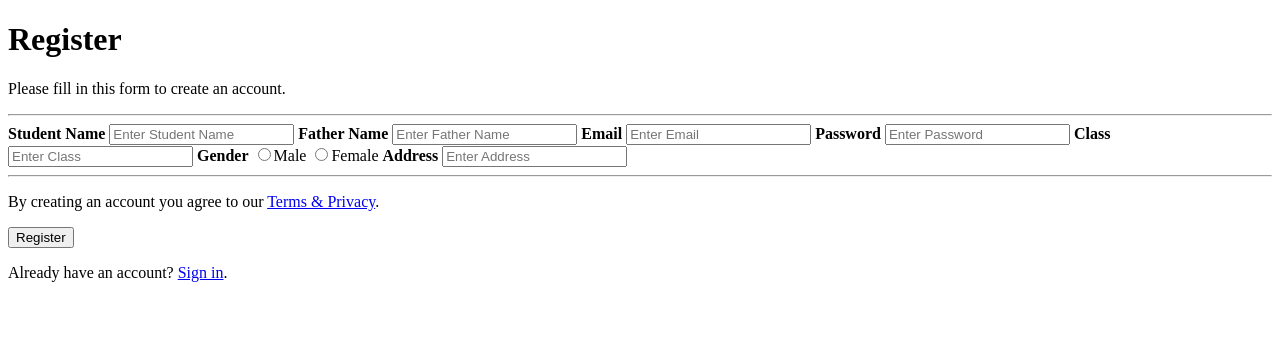
Repository: laxmichauhan/Student-Data-Insertion
Page: Application1/WebContent/register.html
These files come from the project's save history. The page is drawn as it stood at one moment and after the next save; the edit follows.
The browser window is 1280 px wide. The pictures show the whole page.

Above is the page before, as saved 2019-02-19 07:14:59.

After the next save:
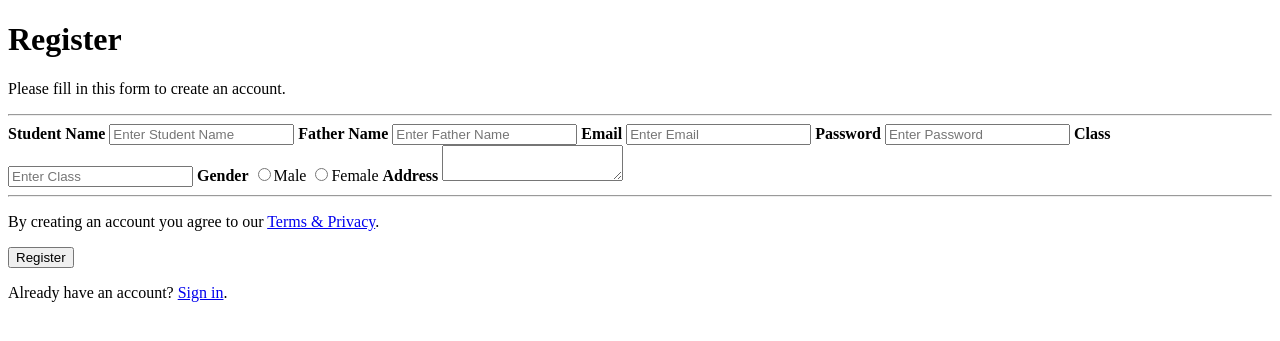
Saved 45 s later.
--- a/Application1/WebContent/register.html
+++ b/Application1/WebContent/register.html
@@ -30,7 +30,7 @@
      <input type="radio" name="gender" value="Female"/>Female
 
     <label for="Address"><b>Address</b></label>
-    <input type="textarea" placeholder="Enter Address" name="address" required>
+    <textarea name="address"></textarea>
     <hr>
 
     <p>By creating an account you agree to our <a href="#">Terms & Privacy</a>.</p>
